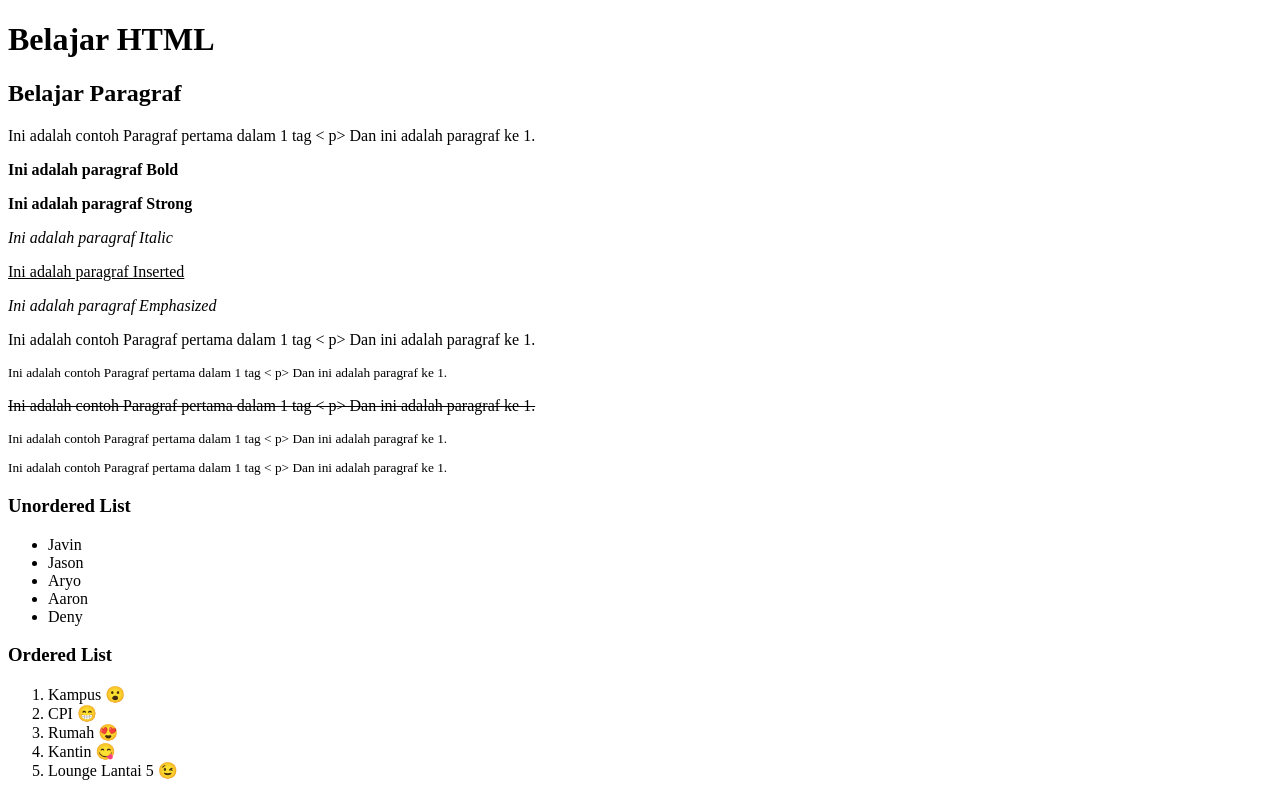
Repository: Gibekkk/WebPro
Page: Tugas HTML 1/index.html
An editor plug-in stored every save of this project. The page is shown before and after the next save, followed by the edit.
The browser window is 1280 px wide. The pictures show the whole page.

Above is the page before, as saved 2024-03-25 10:06:47.

After the next save:
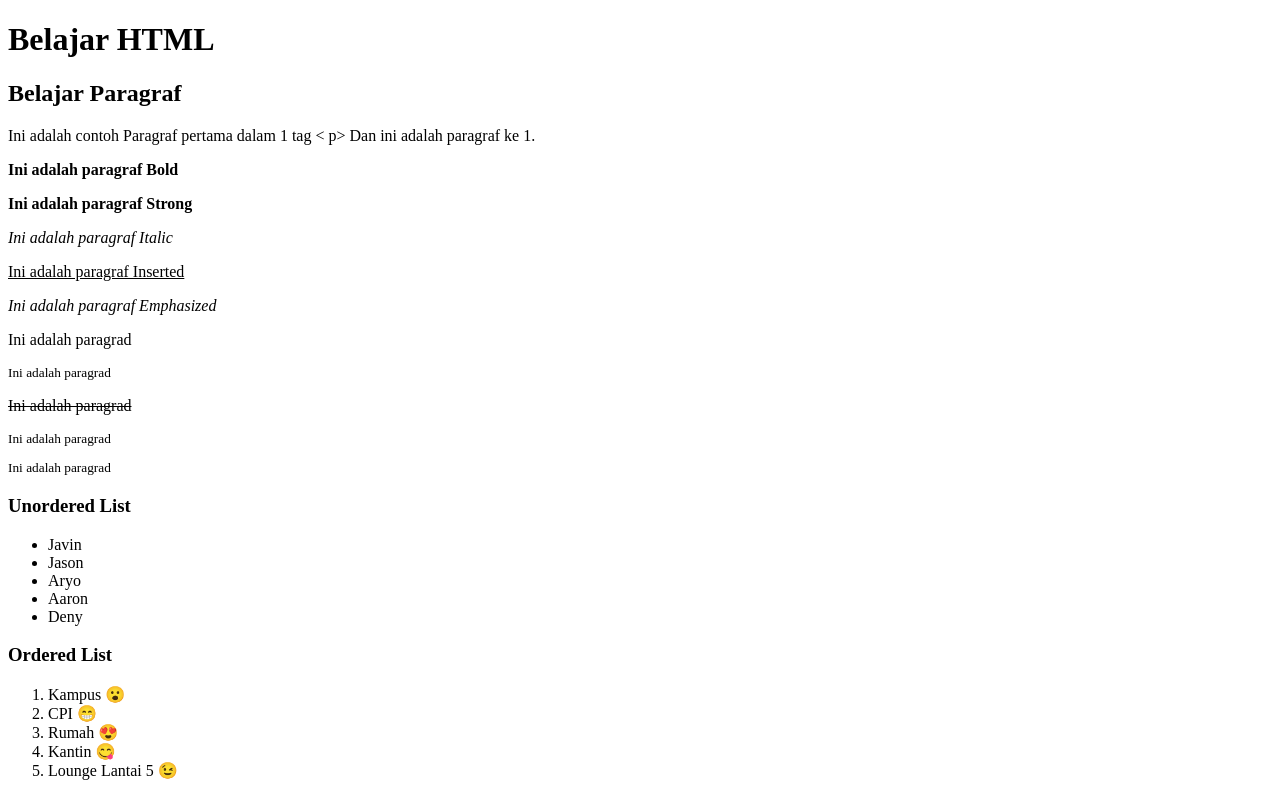
Saved 13 s later.
--- a/Tugas HTML 1/index.html
+++ b/Tugas HTML 1/index.html
@@ -28,24 +28,19 @@
     <p>Ini adalah paragraf Emphasized</p>
     </em>
     <mark>
-        <p>Ini adalah contoh Paragraf pertama dalam 1 tag
-            < p> Dan ini adalah paragraf ke 1.</p>
+        <p>Ini adalah paragrad</p>
     </mark>
     <small>
-        <p>Ini adalah contoh Paragraf pertama dalam 1 tag
-            < p> Dan ini adalah paragraf ke 1.</p>
+        <p>Ini adalah paragrad</p>
     </small>
     <del>
-        <p>Ini adalah contoh Paragraf pertama dalam 1 tag
-            < p> Dan ini adalah paragraf ke 1.</p>
+        <p>Ini adalah paragrad</p>
     </del>
     <sub>
-        <p>Ini adalah contoh Paragraf pertama dalam 1 tag
-            < p> Dan ini adalah paragraf ke 1.</p>
+        <p>Ini adalah paragrad</p>
     </sub>
     <sup>
-        <p>Ini adalah contoh Paragraf pertama dalam 1 tag
-            < p> Dan ini adalah paragraf ke 1.</p>
+        <p>Ini adalah paragrad</p>
     </sup>
 
     <h3>Unordered List</h3>
